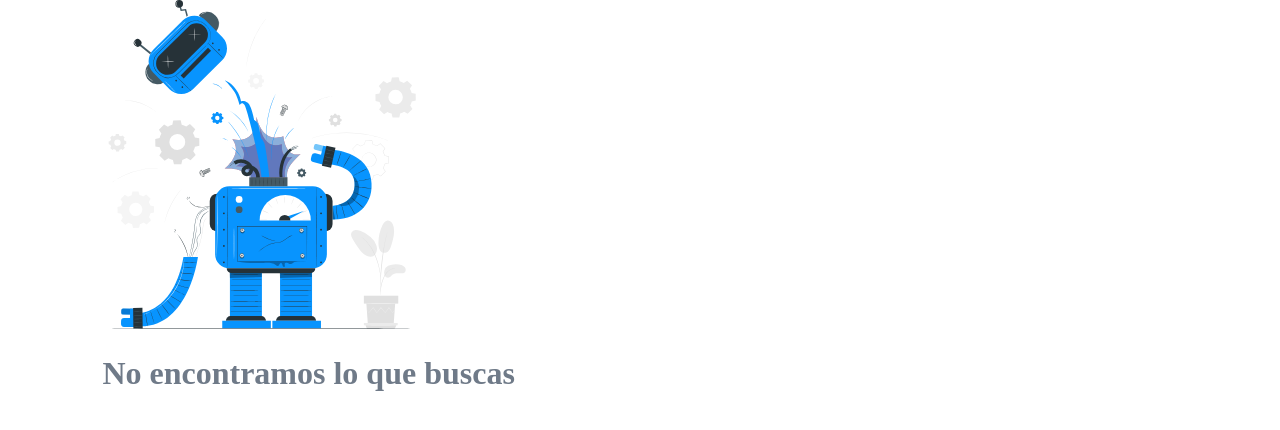
Repository: FabioMadrid/atlas_code
Page: 404.html
The author's editor kept a copy of each file at every save. The page is drawn from the files as they stood at one save, then again after the next save.
The browser window is 1280 px wide. The pictures show the whole page.
Some web fonts or font styles are not loaded; a fallback is used. Some web libraries are served in a nearby version.

Above is the page before, as saved 2021-01-13 12:18:18.

### 404.html
<!DOCTYPE html>
<html lang="en">
<head>
    <meta charset="UTF-8">
    <meta name="viewport" content="width=device-width, initial-scale=1.0">
    <link rel="stylesheet" href="https://cdnjs.cloudflare.com/ajax/libs/font-awesome/4.7.0/css/font-awesome.min.css">
    <script src="https://kit.fontawesome.com/8bf4511c4b.js" crossorigin="anonymous"></script>
    <link rel="stylesheet" href="css/general.css">
    <link rel="stylesheet" href="css/style_lp.css">
    <link rel="stylesheet" href="https://atlas-home-colombia.s3.amazonaws.com/fonts/fonts.css">
    <title>Atlas Home</title>
</head>
<body>

    <div>
        <img src="/svg/robot_explotando.svg" alt="" >
    </div>

    <h1 class="text">
        No encontramos lo que buscas
    </h1>

</body>
</html>

### css/style_lp.css

body
{
    margin: 0 8%;
}

/* ---------------------------------------------- INICIO DE MODAL BUSQUEDA DE PROPIEDADES ------------------------------------------------------------*/
.modal
{
    display: none; /* Hidden by default */
    position: fixed; /* Stay in place */
    z-index: +2; /* Sit on top */
    left: 0;
    top: 0;
    width: 100%; /* Full width */
    height: 100%; /* Full height */
    background-color: rgb(0,0,0); /* Fallback color */
    background-color: rgba(0,0,0,0.4); /* Black w/ opacity */
    padding: 40px;
    overflow: hidden;
    animation: fadeEffect 0.5s; /* Fading effect takes 1 second */
    margin: 0;
}

  /* Modal Content */

  .modal-content
{
    background-color: #fefefe;
    margin: auto;
    padding: 20px;
    border: none;
    border-radius: 10px;
    width: 45%;
    z-index: +3;
}
.overflow
{
    max-height: 100%;
    overflow-y: auto !important;
}

  /* The Close Button */
  .close
{
    color: white;
    float: right;
    font-size: 28px;
    text-align: center;
    font-weight: bold;
    border: 2px solid #0894FE;
    background-color: #0894FE;
    border-radius: 50%;
    width: 35px;
    height: 35px;
    position: absolute;
    top: -35px;
    right:-35px;
}

  .close:hover,
  .close:focus {
    background-color: #CC5F54;
    border: none;
    text-decoration: none;
    cursor: pointer;
  }
  .titulo-modal
  {
    text-align: center;
    border-bottom: 2px solid rgba(156, 156, 156, 0.219);
    padding-bottom: 7px;
    margin: 15px 10%;
  }


  /*-------------------------------------------------------------- Clases del SEARCH Modal------------------------------------------- */

  .inmueble-selector
  {
      display: flex;
      justify-content: center;
      flex-direction: row;
      flex-wrap: wrap;
      align-items: center;
  }
    .inmueble-selector input
    {
      margin:0;padding:0;
      -webkit-appearance:none;
      -moz-appearance:none;
      appearance:none;
    }

  .vivienda
  {
      background-image:url(/svg/vivienda-icon-azul.svg);
  }
  .apartamento
  {
      background-image:url(/svg/apartamento-icon-azul.svg);
  }
  .terreno
  {
      background-image:url(/svg/terreno-icon-azul.svg);
  }

  .inmueble-selector input:active + .drinkcard-cc
  {
      opacity:none;
  }
  .inmueble-selector input:checked + .drinkcard-cc
  {
      -webkit-filter: none;
         -moz-filter: none;
              filter: none;
              color:#0048CD;
  }
  .drinkcard-cc
  {
      cursor:pointer;
      background-size:contain;
      background-repeat:no-repeat;
      display:inline-block;
      width:90px;height:80px;
      color: inherit;
      -webkit-transition: all 100ms ease-in;
         -moz-transition: all 100ms ease-in;
              transition: all 100ms ease-in;
              -webkit-filter: brightness(1) grayscale(1) opacity(1);
              -moz-filter: brightness(1) grayscale(1) opacity(1);
                   filter: brightness(1) grayscale(1) opacity(1);
  }
  .drinkcard-cc:hover
  {
      -webkit-filter: none;
         -moz-filter: none;
              filter: none;
              color:#0048CD;
               /* width:93px;height:83px;*/
  }

  /* correciones del search modal */

  .correcion
  {
      left: 16px;
      bottom: -110px;
  }
  .correcion-a
  {
      bottom: -110px;
  }


@media screen and (max-width:880px)
{
    .modal-content
    {
        width: 90%;
    }
    .correcion
    {
    left: 16px;
    bottom: -100px;
    }
    .correcion-a
    {
    bottom: -100px;
    }
    .selects-50
    {
    float: none;
    width: 100%;
    margin: none;
    }
    .selects-50-right
    {
    float: none;
    width: 100%;
    }
    .topright
    {
    right: 7.5%;
    }
    .correcion-icon-credito
    {
        padding-top: 25%;
    }
}
@media screen and (max-width:450px)
{
    .drinkcard-cc
    {
        width: 80px;
        height: 70px;
    }
    .inmueble-selector
    {
        justify-content: space-around;
    }
    .modal-content
    {
        width: 100%;
    }
    .modal
    {
        padding: 0px;
    }
    .modal-content
    {
        border-radius: 0;
    }
    .topright
    {
    right: 7%;
    top: 4%;
    }

}
@media screen and (max-width:365px)
{
    .inmueble-selector
    {
        flex-direction: column;
    }
    .drinkcard-cc
    {
        margin-top: 30px;
    }
    .bottom-text
    {
        bottom: -105px;
    }
}

/* ----------------------------------------------------- titulos, textos y fonts ------------------------------------------------------------------ */
@font-face
{
    font-family: "FormaDJRText";
    src: url(https://atlas-home-colombia.s3.amazonaws.com/fonts/fonts.css);
}
.text
{
    font-family:"Forma DJR Text Edu";
    color: #6F7A88;
}
.title
{
    margin-top: 50px ;
    color:#0894FE;
    font-size:2em;
    font-weight:bold;
    display: block;
}
.subtitles
{
    color:#0894FE;
    font-weight:bold;
    display: block;

}
/* diseño de columnas y layout */
.flex-container
{
    display: flex;
    flex-flow: row wrap;
}
.flex-centrar
{
    justify-content: space-between;
    align-items: center;
}
.row:after
{
    content: "";
    display: table;
    clear: both;
}
.column-left
{
    float: left;
    width: 49.99%;
    padding: 15px;
    height:auto;
    display: block;
}
.column-50
{
    width: 49.99%;
    float: right;
    margin: auto;
}
.column-33
{
    width: 33.33%;
    float: left;
    margin: auto;
}
.clearfix::after
{
    content: "";
    clear: both;
    display: table;
}
.flex-box
{
   display: flex;
   flex-flow: row wrap;
   justify-content: center;
}

/* declaraciones de iconos */

.icon-lp
{
    width: 90%;
    height: auto;
    margin-top: 50px;
    display: block;
    margin: auto;
}
.icon-v
{
    max-height: 400px;
}
.boton-landing
{
    background: white ;
    color:#0894FE;
    border: #0894FE solid 1px;
    padding: 10px 15px;
    border-radius: 5px;
    display: block;
    width: 350px;
    height: 60px;
    margin: 30px auto 30px auto;
    font-size:15px;
    transition: background-color 0.4s;
    outline: none;
}
.triangulo-decor
{
    position: absolute;
    padding-top: 0px;
    width: 20%;
    height: auto;
    vertical-align: middle;
    border-style: none;
    box-sizing: border-box;
    max-width: 100%;
    z-index: -1;
}

/* declaraciones de botones */

.boton-landing:hover
{
    background-color: #2680EB;
    color: white;
    cursor: pointer;
    font-size: 17px;
    box-shadow: 0 12px 16px 0 rgba(0,0,0,0.24), 0 17px 50px 0 rgba(0,0,0,0.19);
}
button:active
{
    background-color: #6eb9f7;
    background-size: 100%;
    transition: background-color 0s;
    border: #0894FE solid 1px;
}

/* testimonios */
.box
{
    box-shadow: 0 4px 8px 0 rgba(0, 0, 0, 0.2), 0 6px 10px 0 rgba(133, 133, 133, 0.19);
    box-shadow: 5px grey;
    display: block;
    background-color: white;
    width: auto;
    text-align: left;
    margin: 20px 0% 20px 0%;
    padding: 10px 20px 40px 20px;
    border-radius: 5px;
}
.img
{
    float: left;
    padding-right: 5px;
    height: 100px;
    width: 100px;
}
.box::after
{
    content: "";
    clear: both;
    display: table;
}
.figcaption
{
    font:"Forma DJR Text Edu" medium 12px;
    color: #0894FE;
    margin-top: 15px;
    text-align: left;
}

/*----------- CSS PARA STEP FORMS ------------*/

/* Styling Parts */
#part1,
#part2,
#part3,
#part4,
#part5 {
  z-index: 2;
  display: block;
  height: auto;
  opacity: 1;
  transition: opacity 1s ease-in-out;
}

/* Hidden Parts */
#part2,
#part3,
#part4,
#part5
 {
  opacity: 0;
  height: 0;
  overflow: hidden;
}

/* Show Step 2 & Hide Step 1 */
#step2:checked ~ #part2
{
  opacity: 1;
  height: auto;
}
#step2:checked ~ #part1
{
  opacity: 0;
  height: 0;
  display: none;
}

/* Show Step 3  & Hide Step 2 */
#step3:checked ~ #part3
{
  opacity: 1;
  height: auto;
}
#step3:checked ~ #part2
{
  opacity: 0;
  width: 0;
  height: 0;
  display: none;
}

/* Show Step 4  & Hide Step 3 */
#step4:checked ~ #part4 {
    opacity: 1;
    height: auto;
  }
  #step4:checked ~ #part3 {
    opacity: 0;
    width: 0;
    height: 0;
    display: none;
  }

/* Show Step 5  & Hide Step 4 */
#step5:checked ~ #part5 {
    opacity: 1;
    height: auto;
  }
#step5:checked ~ #part4 {
    opacity: 0;
    width: 0;
    height: 0;
    display: none;
  }

  input[type=checkbox]
  {

    position: absolute;
    /* Position the checkbox in upper left corner */

    opacity: 0;
  }


/* ----- INICIO DE RESPONSIVE DESIGN------*/

/*diseño para ipads*/

@media only screen and (max-width: 800px)
{
    .caja
    {
        text-align: center;
    }
    .img
     {
        margin: auto;
        float: none;
        display: block;
    }
    .figcaption
    {
        text-align: center;
    }
    .icon-lp
    {
        height: auto;
        display: block;
        margin:auto;
        float: none;
    }
    .row:after
    {
        content: "";
        display: table;
        clear: both;
    }
    .boton-landing
    {
        width: 250px;
        height: 60px;
    }
    .title
    {
        font-size:1.3em;
    }
    .icon-v
    {
        height: 300px;
    }
    .icon-i
    {
        padding-top: 40%;
    }
    .text
    {
        text-align: center;
    }
}

/*diseño para moviles*/

@media only screen and (max-width: 700px)
{
    .column-50
    {
        width: 100%;
        float: none;
        margin: auto;
        overflow: hidden;
        padding: 15px;
        height:auto;
        display: block;
    }
    .column-left
    {
        float: none;
        width: 100%;
        padding: 15px;
        height:auto;
        display: block;
    }
    .boton-landing
    {
        width: 100%;
    }
    .icon-i
    {
        padding-top: 10px;
    }
    .triangulo-decor
    {
        width: 40%;
    }
    .correcion-icon-credito
    {
        padding-top: 0;
    }
}

/* footer */

.footer
{
    height: 250px;
    width: 100%;
    border-top: 5px solid #F2F2F2;
}
.footer-img
{
    background-image: url("/svg/city2.svg");
    background-color: transparent;
    height: 250px;
    background-position: center;
    background-repeat: no-repeat;
    background-size: cover;
}
.footer-logo
{
    display: block;
    width: auto;
    height: 80px;
    padding-top: 10px;
    margin: auto;
}
.fa
{
    display: inline-block;
    width: 50px;
    height: 50px;
    line-height: 50px;
    text-align: center;
    border: 3px;
    background-color: #fff;
    color: #0f4aa2;
    font-size: 30px;
    text-decoration: none;
    margin:0;
}
a
{
    text-decoration: none;
    cursor: pointer;
    color: inherit;
}
li
{
    list-style-type: none;
    display: inline-block;
    border: 1.5px solid  #0f4aa2;
    margin: 5px 7px;
}
.fa:hover {
    opacity: 0.7;
    color: #2680EB;
}
.footer-ul
{
    padding-left: 0;
}

button:active
{
background-color:white;
background-size: 100%;
transition: background-color 0s;
border: none;
outline: none;
}

.b-tipo-cita
{
    color: #6F7A88;
    border-bottom: 1px solid #6F7A88;
    display: block;
    text-align: center;
    width: 45%;
    margin-top: 0;
    cursor: pointer;
    outline: none;
    border-radius: none;
    padding: 10px;

}
.b-tipo-cita:hover+:checked
{
    border-bottom: 3px solid #2680EB;
    color: #2680EB;
}
.b-tipo-cita.active
{
    border-bottom: 3px solid #2680EB;
    color: #2680EB;
}

input[type="radio"]:checked+label {
    border-bottom: 3px solid #2680EB;
    color: #2680EB;
}

Loaded but not shown: css/general.css (885 lines, source omitted)

After the next save:
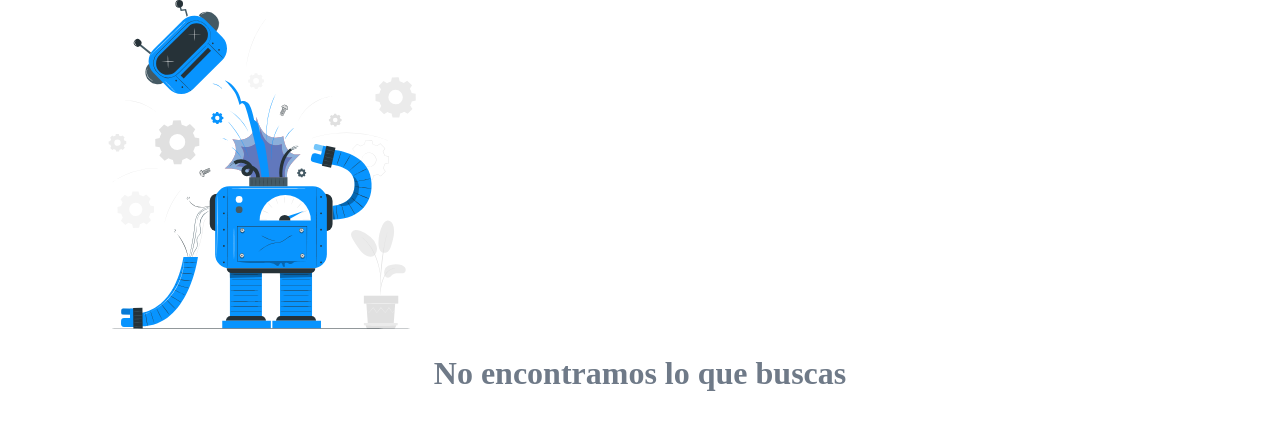
Saved 28 s later.
--- a/404.html
+++ b/404.html
@@ -16,7 +16,7 @@
         <img src="/svg/robot_explotando.svg" alt="" >
     </div>
 
-    <h1 class="text">
+    <h1 class="text" style="text-align: center;">
         No encontramos lo que buscas
     </h1>
 
